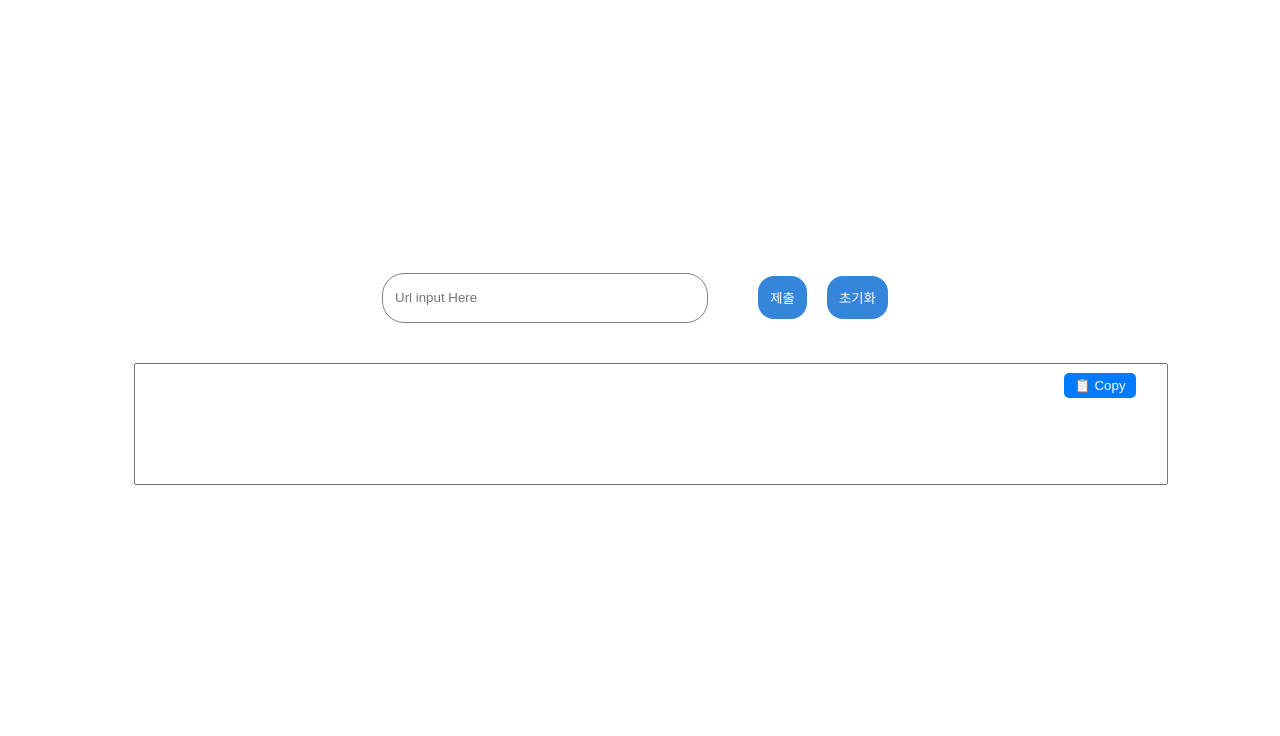
Repository: jaeu-choi/yt-transcript-extract
Page: Frontend/index.html
An editor plug-in stored every save of this project. The page is shown before and after the next save, followed by the edit.
The browser window is 1280 px wide. The pictures show the whole page.

Above is the page before, as saved 2025-06-13 19:01:54.

After the next save:
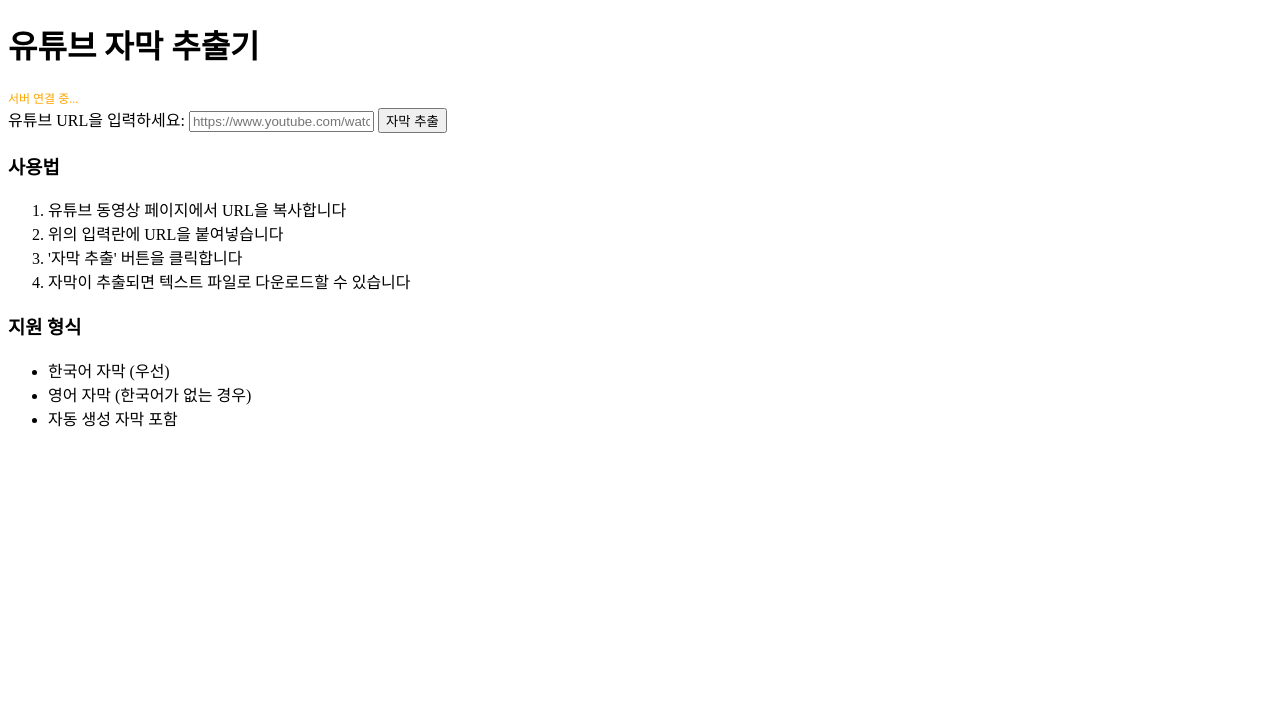
Console error: TypeError: Cannot read properties of null (reading 'addEventListener')
Saved 38 s later.
--- a/Frontend/index.html
+++ b/Frontend/index.html
@@ -1,27 +1,61 @@
 <!DOCTYPE html>
-<html lang="en">
-<head>
-  <meta charset="UTF-8">
-  <meta name="viewport" content="width=device-width, initial-scale=1.0">
-  <link href="./index.css" rel="stylesheet">
-  <title>유튜브 자막 추출</title>
-</head>
-<body>
-<div class="main-container">
-  <div class="input-container">
-    <input type="text" name="target_url" placeholder="Url input Here" id="url-input-form" class="input-box">
-    <div class="btn-container">
-    <button id="submit-btn" type="button">제출</button>
-    <button id="clear-btn" type="button">초기화</button>
+<html lang="ko">
+  <head>
+    <meta charset="UTF-8" />
+    <meta name="viewport" content="width=device-width, initial-scale=1.0" />
+    <title>유튜브 자막 추출기</title>
+    <link rel="stylesheet" href="index.css" />
+  </head>
+  <body>
+    <div class="container">
+      <h1>유튜브 자막 추출기</h1>
+
+      <!-- 서버 상태 표시 -->
+      <div class="status-bar">
+        <span id="server-status" style="font-size: 12px; color: orange">
+          서버 연결 중...
+        </span>
+      </div>
+
+      <div class="input-section">
+        <label for="urlInput">유튜브 URL을 입력하세요:</label>
+        <input
+          type="url"
+          id="urlInput"
+          placeholder="https://www.youtube.com/watch?v=..."
+          required
+        />
+        <button onclick="submitUrl()" id="submitButton">자막 추출</button>
+      </div>
+
+      <!-- 로딩 표시 -->
+      <div id="loading" style="display: none">
+        <div class="loading-spinner"></div>
+        <p>자막을 추출하고 있습니다. 잠시만 기다려주세요...</p>
+      </div>
+
+      <!-- 결과 표시 -->
+      <div id="result"></div>
+
+      <!-- 사용법 안내 -->
+      <div class="help-section">
+        <h3>사용법</h3>
+        <ol>
+          <li>유튜브 동영상 페이지에서 URL을 복사합니다</li>
+          <li>위의 입력란에 URL을 붙여넣습니다</li>
+          <li>'자막 추출' 버튼을 클릭합니다</li>
+          <li>자막이 추출되면 텍스트 파일로 다운로드할 수 있습니다</li>
+        </ol>
+
+        <h3>지원 형식</h3>
+        <ul>
+          <li>한국어 자막 (우선)</li>
+          <li>영어 자막 (한국어가 없는 경우)</li>
+          <li>자동 생성 자막 포함</li>
+        </ul>
+      </div>
     </div>
-  </div>
-  <div class="copy-container">
-    <textarea id="codeArea" cols="80">
-    </textarea>
-    <button class="copy-btn" onclick="copyToClipboard()">📋 Copy</button>
-  </div>
-</div>
-  <script src="index.js"></script>
 
-</body>
+    <script src="index.js"></script>
+  </body>
 </html>
